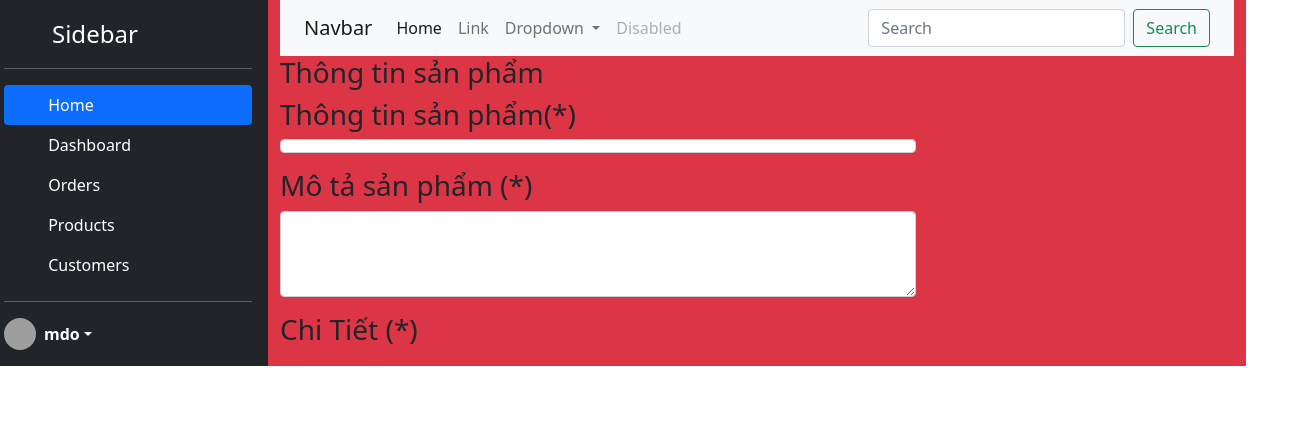
Repository: Lehuyhuynh/BT12-BOOTSTRAP
Page: index.html
An editor plug-in stored every save of this project. The page is shown before and after the next save, followed by the edit.
The browser window is 1280 px wide. The page is 1292 px wide, so the pictures cover 1292 px, including what lies to the right of the window. The pictures show the whole page.
Pictures or frames that could not be fetched are drawn as grey boxes.

Above is the page before, as saved 2023-08-19 22:25:46.

### index.html
<!DOCTYPE html>
<html lang="en">
<head>
  <link href="https://cdn.jsdelivr.net/npm/bootstrap@5.1.3/dist/css/bootstrap.min.css" rel="stylesheet" integrity="sha384-1BmE4kWBq78iYhFldvKuhfTAU6auU8tT94WrHftjDbrCEXSU1oBoqyl2QvZ6jIW3" crossorigin="anonymous">
  <meta charset="UTF-8">
  <meta name="viewport" content="width=device-width, initial-scale=1.0">
  <title>BT2</title>
</head>
<body>
  <div class="row">
    <div class=" col-3 d-flex flex-column flex-shrink-0 p-3 text-white bg-dark rounded-lg" style="width: 280px;">
      <a href="/" class="d-flex align-items-center mb-3 mb-md-0 me-md-auto text-white text-decoration-none">
        <svg class="bi me-2" width="40" height="32"><use xlink:href="#bootstrap"></use></svg>
        <span class="fs-4">Sidebar</span>
      </a>
      <hr>
      <ul class="nav nav-pills flex-column mb-auto">
        <li class="nav-item">
          <a href="#" class="nav-link active" aria-current="page">
            <svg class="bi me-2" width="16" height="16"><use xlink:href="#home"></use></svg>
            Home
          </a>
        </li>
        <li>
          <a href="#" class="nav-link text-white">
            <svg class="bi me-2" width="16" height="16"><use xlink:href="#speedometer2"></use></svg>
            Dashboard
          </a>
        </li>
        <li>
          <a href="#" class="nav-link text-white">
            <svg class="bi me-2" width="16" height="16"><use xlink:href="#table"></use></svg>
            Orders
          </a>
        </li>
        <li>
          <a href="#" class="nav-link text-white">
            <svg class="bi me-2" width="16" height="16"><use xlink:href="#grid"></use></svg>
            Products
          </a>
        </li>
        <li>
          <a href="#" class="nav-link text-white">
            <svg class="bi me-2" width="16" height="16"><use xlink:href="#people-circle"></use></svg>
            Customers
          </a>
        </li>
      </ul>
      <hr>
      <div class="dropdown">
        <a href="#" class="d-flex align-items-center text-white text-decoration-none dropdown-toggle" id="dropdownUser1" data-bs-toggle="dropdown" aria-expanded="false">
          <img src="https://github.com/mdo.png" alt="" width="32" height="32" class="rounded-circle me-2">
          <strong>mdo</strong>
        </a>
        <ul class="dropdown-menu dropdown-menu-dark text-small shadow" aria-labelledby="dropdownUser1" style="">
          <li><a class="dropdown-item" href="#">New project...</a></li>
          <li><a class="dropdown-item" href="#">Settings</a></li>
          <li><a class="dropdown-item" href="#">Profile</a></li>
          <li><hr class="dropdown-divider"></li>
          <li><a class="dropdown-item" href="#">Sign out</a></li>
        </ul>
      </div>
    </div>
    <div class="main-content bg-danger col-9" >
      <nav class="navbar navbar-expand-lg navbar-light bg-light">
        <div class="container-fluid">
          <a class="navbar-brand" href="#">Navbar</a>
          <button class="navbar-toggler" type="button" data-bs-toggle="collapse" data-bs-target="#navbarSupportedContent" aria-controls="navbarSupportedContent" aria-expanded="false" aria-label="Toggle navigation">
            <span class="navbar-toggler-icon"></span>
          </button>
          <div class="collapse navbar-collapse" id="navbarSupportedContent">
            <ul class="navbar-nav me-auto mb-2 mb-lg-0">
              <li class="nav-item">
                <a class="nav-link active" aria-current="page" href="#">Home</a>
              </li>
              <li class="nav-item">
                <a class="nav-link" href="#">Link</a>
              </li>
              <li class="nav-item dropdown">
                <a class="nav-link dropdown-toggle" href="#" id="navbarDropdown" role="button" data-bs-toggle="dropdown" aria-expanded="false">
                  Dropdown
                </a>
                <ul class="dropdown-menu" aria-labelledby="navbarDropdown">
                  <li><a class="dropdown-item" href="#">Action</a></li>
                  <li><a class="dropdown-item" href="#">Another action</a></li>
                  <li><hr class="dropdown-divider"></li>
                  <li><a class="dropdown-item" href="#">Something else here</a></li>
                </ul>
              </li>
              <li class="nav-item">
                <a class="nav-link disabled" href="#" tabindex="-1" aria-disabled="true">Disabled</a>
              </li>
            </ul>
            <form class="d-flex">
              <input class="form-control me-2" type="search" placeholder="Search" aria-label="Search">
              <button class="btn btn-outline-success" type="submit">Search</button>
            </form>
          </div>
        </div>
      </nav>
      <div class="row">

        <h3>Thông tin sản phẩm<h3>

          <div class="more col-8">

            <div class="product">

              <div class="mb-3">
                <label for="information" class="form-label">Thông tin sản phẩm(*)</label>
                <table class="form-control" id="information" name="information" rows="3"></table>
              </div>

              <div class="mb-3">
                <label for="exampleFormControlTextarea1" class="form-label">Mô tả sản phẩm (*)</label>
                <textarea class="form-control" id="exampleFormControlTextarea1" rows="3"></textarea>
              </div>

              <span>Chi Tiết (*) </span><br>

            </div>

            <div class="data">

            </div>

          </div>

          <div class="category col-4">

            <h3></h3>
          </div>






      </div>
    </div>


  </div>

  <script src="https://cdn.jsdelivr.net/npm/bootstrap@5.1.3/dist/js/bootstrap.bundle.min.js" integrity="sha384-ka7Sk0Gln4gmtz2MlQnikT1wXgYsOg+OMhuP+IlRH9sENBO0LRn5q+8nbTov4+1p" crossorigin="anonymous"></script>
</body>
</html>

After the next save:
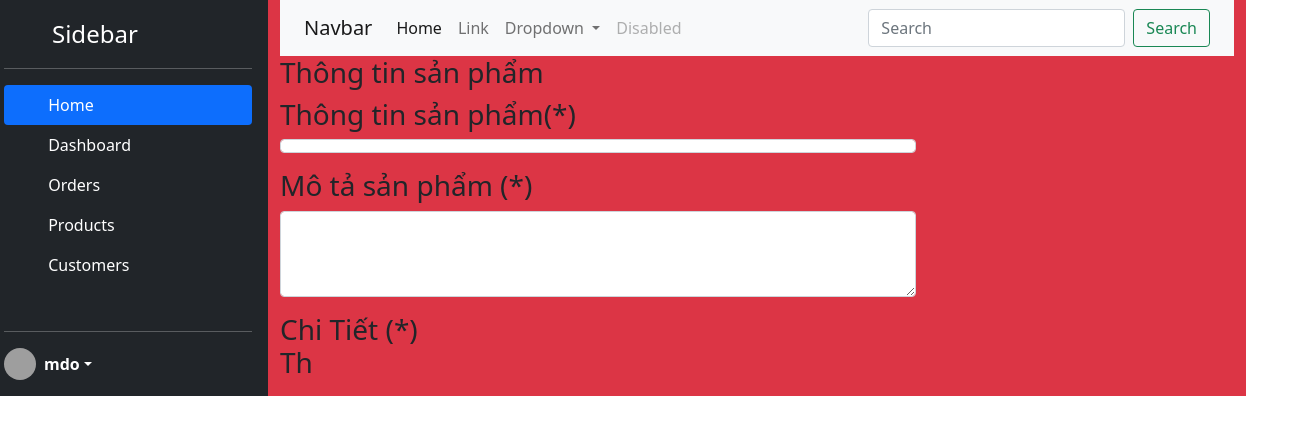
Saved 10 s later.
--- a/index.html
+++ b/index.html
@@ -128,7 +128,7 @@
 
           <div class="category col-4">
 
-            <h3></h3>
+            <h3>Th</h3>
           </div>
 
 
